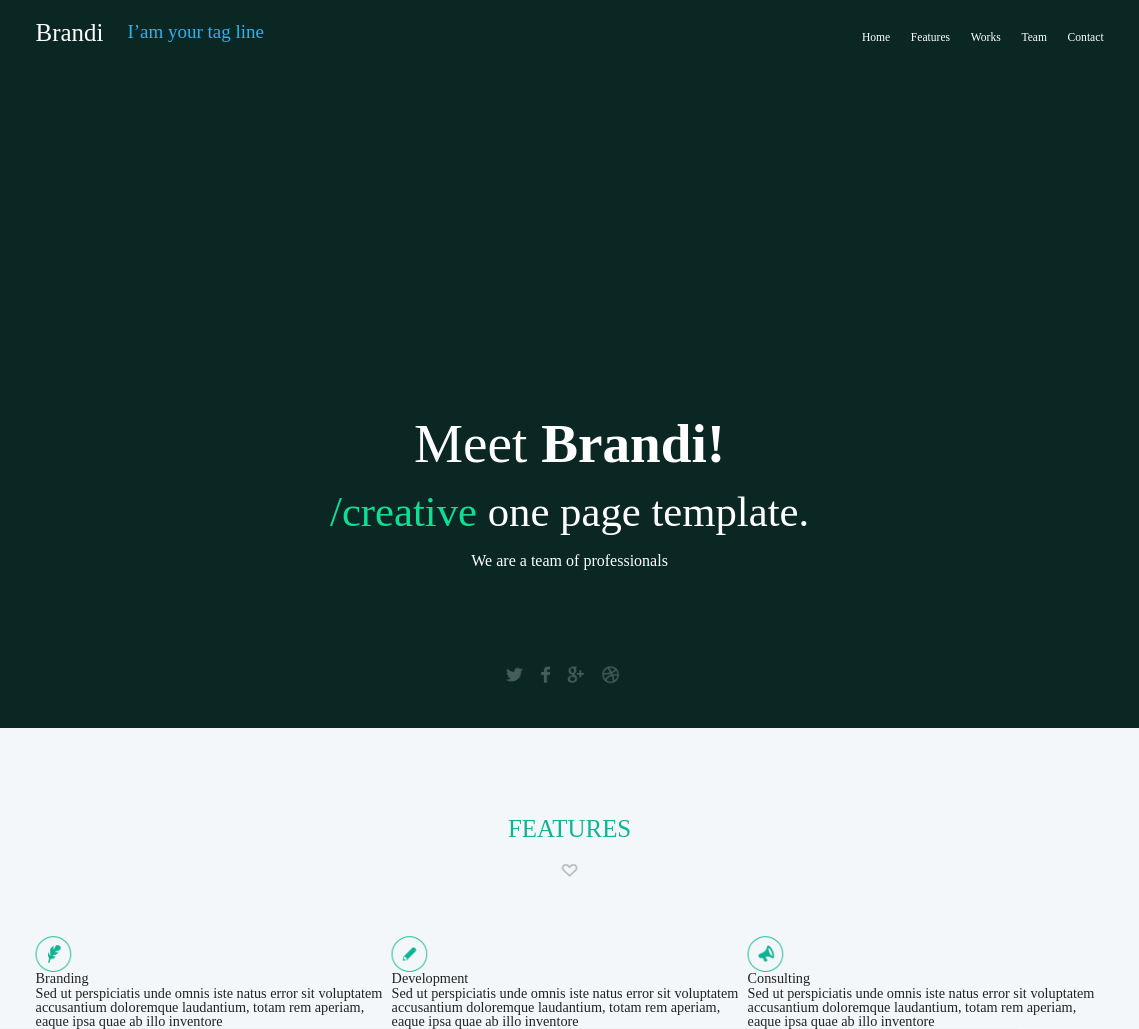
Repository: iravakilova/Brandi
Page: app/index.html
An editor plug-in stored every save of this project. The page is shown before and after the next save, followed by the edit.
The browser window is 1280 px wide. The pictures show the whole page, at 89% of full size.

Above is the page before, as saved 2020-02-14 22:23:49.

### app/index.html
<!DOCTYPE html>
<html lang="en">
<head>
    <meta charset="UTF-8">
    <meta name="viewport" content="width=device-width, initial-scale=1.0">
    <title>BRANDI</title>
    <link rel="stylesheet" href="reset.css">
    <link rel="stylesheet" href="style.css">
</head>
<body>

    <!-- header -->

    <header class="header">
        <div class="container">
            <div class="header__inner">
                <div class="header__logo">
                    <p class="logo">Brandi</p>
                    <p class="logo-text">I’am your tag line</p>
                </div>

                <nav class="nav">
                    <a class="nav__link active" href="#">Home</a>
                    <a class="nav__link" href="#">Features</a>
                    <a class="nav__link" href="#">Works</a>
                    <a class="nav__link" href="#">Team</a>
                    <a class="nav__link" href="#">Contact</a>
                </nav>
            </div>
        </div>

        <div class="intro">
            <div class="container">
                <div class="intro__inner">
                    <h1 class="intro__title">Meet <span style="font-weight: bold;">Brandi! </span> </h1>
                    <h2 class="intro__suptitle"><span style="color:#0fde95;">/creative</span> one page template.</h2>
                    <span class="intro__descr">We are a team of professionals</span>
                </div>
                <div class="social">
                    <a class="social__link" href="#"><img src="./img/twitter.png" alt="twitter"></a>
                    <a class="social__link" href="#"><img src="./img/facebook.png" alt="facebook"></a>
                    <a class="social__link" href="#"><img src="./img/google.png" alt="google"></a>
                    <a class="social__link" href="#"><img src="./img/dribbble.png" alt="dribbble"></a>
                </div>
            </div>
        </div>
    </header>

    <!-- features -->

    <section class="features">
        <div class="container">
            <h3 class="unit-title">Features</h3>
            <img class="heart" src="./img/heart.png" alt="">
            <div class="features__inner">
                <div class="features__var">
                    <img class="features__image" src="./img/features-1.png" alt="">
                    <h4 class="features__title">Branding</h4>
                    <p class="features__descr">Sed ut perspiciatis unde omnis iste natus error sit voluptatem accusantium doloremque laudantium, totam rem aperiam, eaque ipsa quae ab illo inventore</p>
                </div>
                <div class="features__var">
                    <img class="features__image" src="./img/features-2.png" alt="">
                    <h4 class="features__titile">Development</h4>
                    <p class="features__descr">Sed ut perspiciatis unde omnis iste natus error sit voluptatem accusantium doloremque laudantium, totam rem aperiam, eaque ipsa quae ab illo inventore</p>
                </div>
                <div class="features__var">
                    <img class="features__image" src="./img/features-3.png" alt="">
                    <h4 class="features__titile">Consulting</h4>
                    <p class="features__descr">Sed ut perspiciatis unde omnis iste natus error sit voluptatem accusantium doloremque laudantium, totam rem aperiam, eaque ipsa quae ab illo inventore</p>
                </div>

            </div>
        </div>

    </section>


</body>
</html>

### app/style.css

.container {
    width: 100%;
    max-width: 1200px;
    margin: 0 auto;
}
.unit-title{
    font-family: "Pacifico-Regular", "AdobeInvisFont", "MyriadPro-Regular";
    font-size: 28px;
    color: rgba(14, 180, 147, 255);
    text-transform: uppercase;
    text-align: center;
    padding-top: 100px;
}
.heart{
    display: block;
    margin: 0 auto;
    padding-top: 25px;
}

/* header */

.header {
    width: 100%;
    font-family: "Pacifico-Regular", "AdobeInvisFont", "MyriadPro-Regular";
    background-color: #0a2724;
}
.header__inner {
    display: flex;
    justify-content: space-between;
    align-items: center;
    padding-bottom: 394px;
}
.header__logo{
    display: flex;
    justify-content: space-between;
    align-items: center;
    margin: 0;
}
.logo {
    color: #fff;

    font-size: 28px;
    margin-right: 27px;
}
.logo-text{
    font-size: 16pt;
    color: rgba(50, 176, 238, 255);
}
.nav {
    font-size: 13px;
    padding: 35px 0 25px;

}
.nav__link {
    display: inline-block;
    vertical-align: top;
    margin-left: 20px;
    color: #fff;
    text-decoration: none;
}
.intro{
    text-align: center;
}
.intro__inner{
    margin-bottom: 109px;
}
.intro__title{
    font-size: 62px;
    color: #fff;
    padding-bottom: 22px;
}
.intro__suptitle{
    font-size: 48px;
    color: #fff;
    padding-bottom: 22px;
}
.intro__descr{
    font-size: 18px;
    color: #fff;
    margin-bottom: 109px;
}
.social{
    padding-bottom: 50px;
}
.social__link img{
    opacity: 0.25;
    margin-right: 16px;
}
.social img:hover{
    opacity: 1;
}

/* features */

.features{
    width: 100%;
    background-color: #f4f7f9;
}
.features__inner{
    display: flex;
    justify-content: space-between;
    align-items: center;
    padding-top: 67px;
}

Loaded but not shown: app/reset.css (common file)

After the next save:
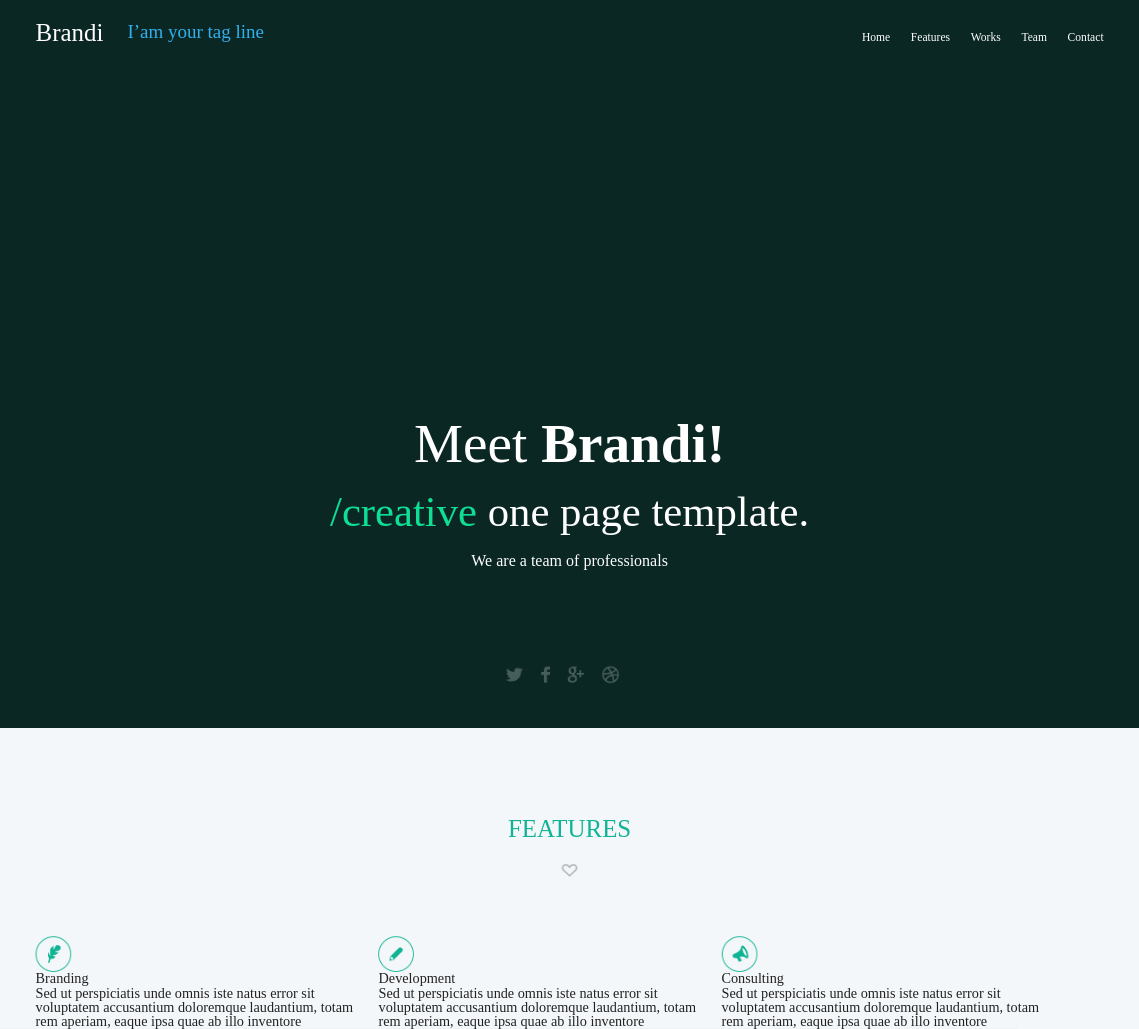
Saved 115 s later.
--- a/app/style.css
+++ b/app/style.css
@@ -102,4 +102,5 @@
     justify-content: space-between;
     align-items: center;
     padding-top: 67px;
+    margin-right: 44px;
 }

After the save that followed:
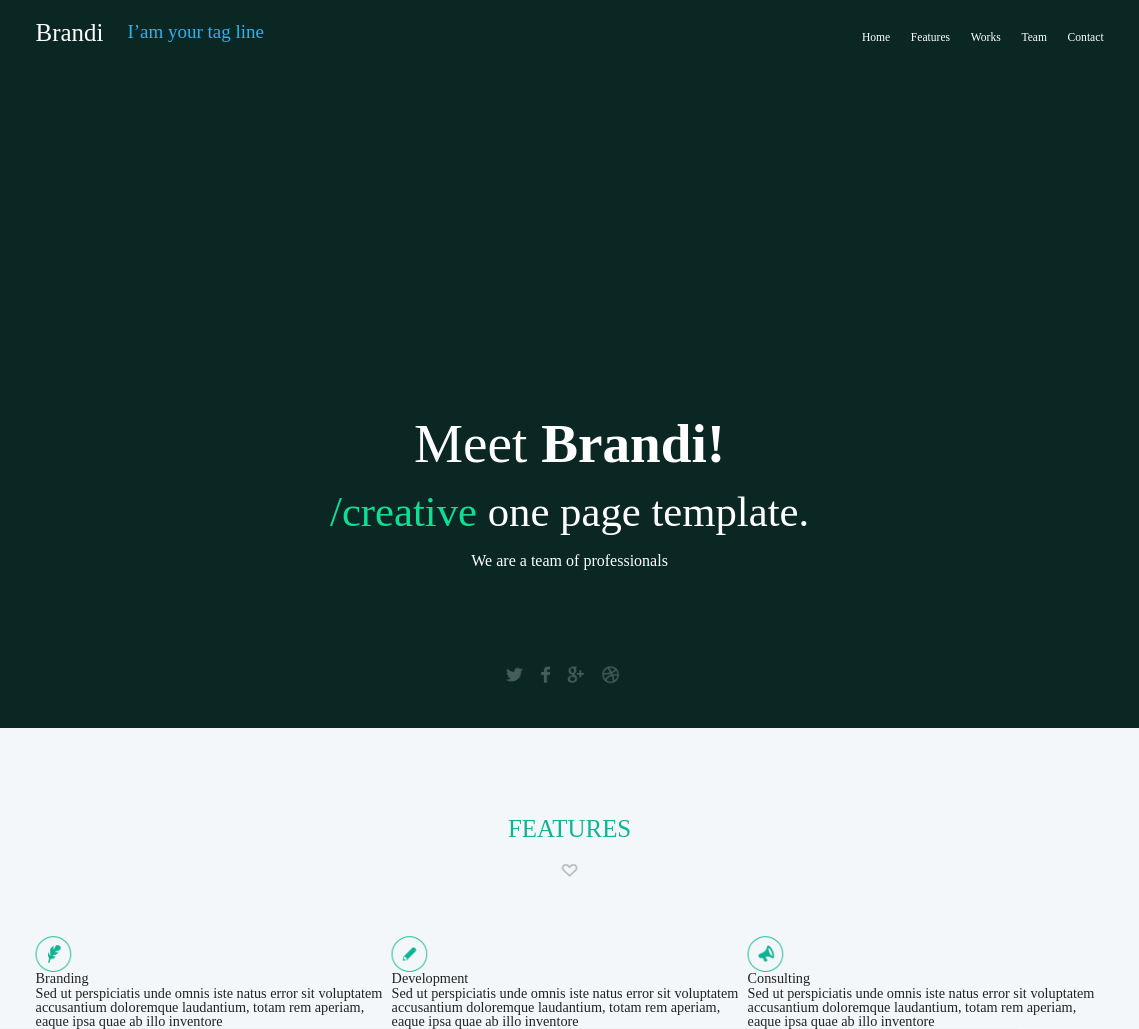
Saved 27 s later.
--- a/app/style.css
+++ b/app/style.css
@@ -104,3 +104,6 @@
     padding-top: 67px;
     margin-right: 44px;
 }
+.features__inner:last-child{
+    margin-right: 0px;
+}
